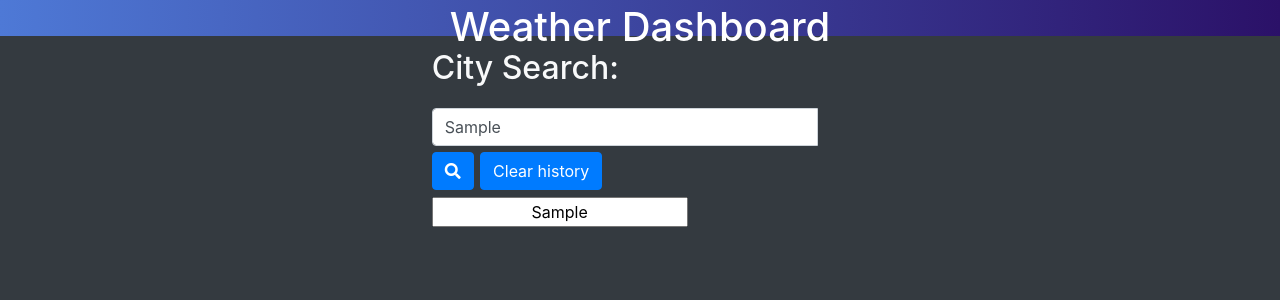
Repository: brenhamp/weather-dashboard
Page: index.html
An editor plug-in stored every save of this project. The page is shown before and after the next save, followed by the edit.
The browser window is 1280 px wide. The pictures show the whole page.
Empty fields were first filled with sample values (such as "Sample", 5 or name@example.com).
After loading, the first visible `#search-button` was clicked once.
The page's requests for data from a server got no answer. Some web libraries are served in a nearby version.

Above is the page before, as saved 2021-12-12 21:49:09.
Console error (its wording comes from the project's code and is left out).

After the next save:
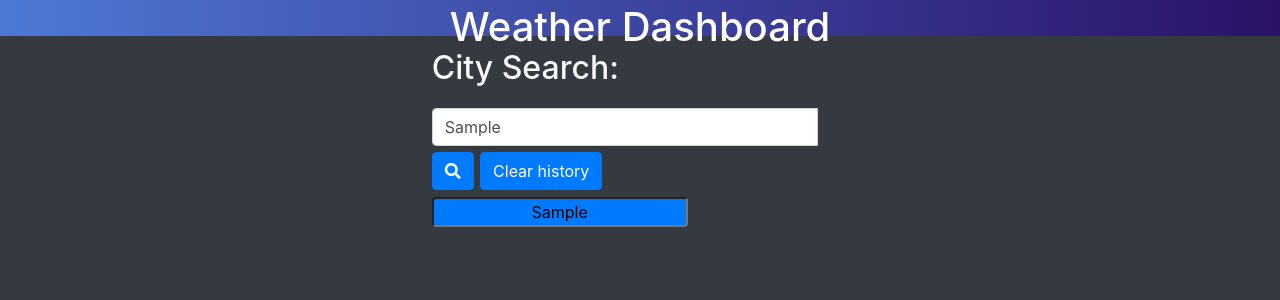
Saved 69 s later.
--- a/assets/js/script.js
+++ b/assets/js/script.js
@@ -114,7 +114,7 @@ const todaysWeather = document.getElementById("todays-weather");
             const historyEl = document.createElement("input");
                 historyEl.setAttribute("type", "text");
                 historyEl.setAttribute("readonly", true);
-                historyEl.setAttribute("class", "d-inline-block text-center align-center border-radius-10px");
+                historyEl.setAttribute("class", "d-inline-block text-center align-center rounded bg-primary");
                 historyEl.setAttribute("value", searchHistory[i]);
                 historyEl.addEventListener("click", function() {
                 getWeather(historyEl.value);
